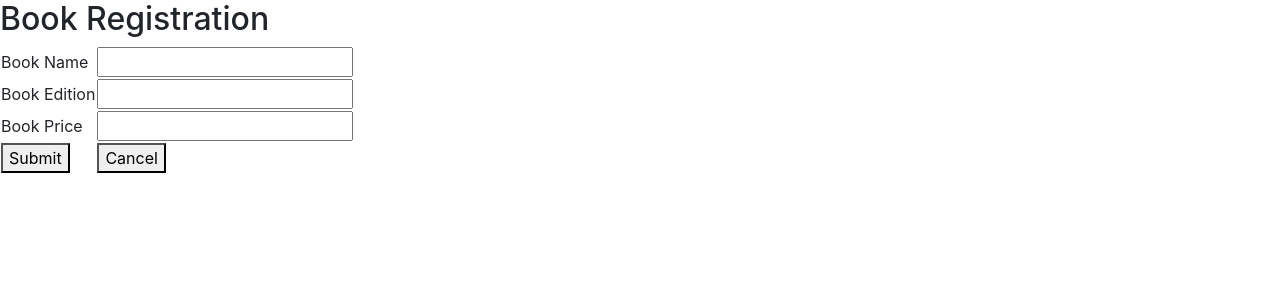
Repository: meriam0000/servlet
Page: BookWebApp/src/main/webapp/Home.html
An editor plug-in stored every save of this project. The page is shown before and after the next save, followed by the edit.
The browser window is 1280 px wide. The pictures show the whole page.

Above is the page before, as saved 2024-02-12 20:26:48.

After the next save:
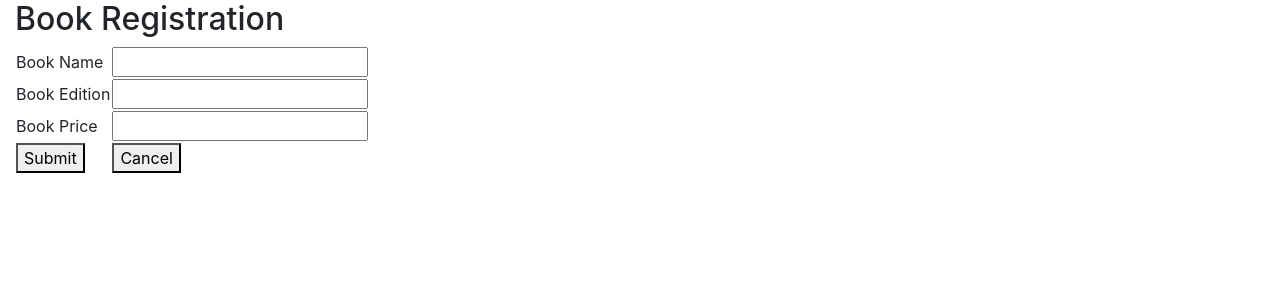
Saved 53 s later.
--- a/BookWebApp/src/main/webapp/Home.html
+++ b/BookWebApp/src/main/webapp/Home.html
@@ -5,7 +5,7 @@
 <title>Book Registration</title>
 <link rel="stylesheet"  href="css/bootstrap.css ">
 </head>
-<body>
+<body class="container-fluid">
 <h2>Book Registration</h2>
 <form action="register" method="post">
 <table>
